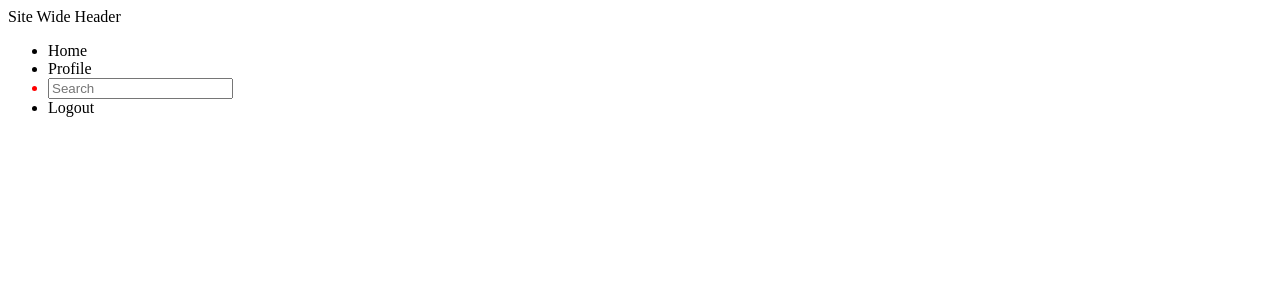
Repository: ayeza-baseer/AssignmentFlexbox
Page: assignment.html
These files come from the project's save history. The page is drawn as it stood at one moment and after the next save; the edit follows.
The browser window is 1280 px wide. The pictures show the whole page.

Above is the page before, as saved 2023-03-17 13:26:36.

### assignment.html
<!DOCTYPE html>
<html lang="en">
<head>

    <link rel="stylesheet" href="assignment.css">


</head>
<body>
<div>
    <header class="header">Site Wide Header</header>
    <nav>
        <ul class="container">
            <li>Home</li>
            <li>Profile</li>
            <li class="search">
                <input type="text" class="search-input" placeholder="Search">
            </li>
            <li>Logout</li>
        </ul>
    </nav>


</div>

</body>
</html>

### assignment.css
.search{
    color:red
}

After the next save:
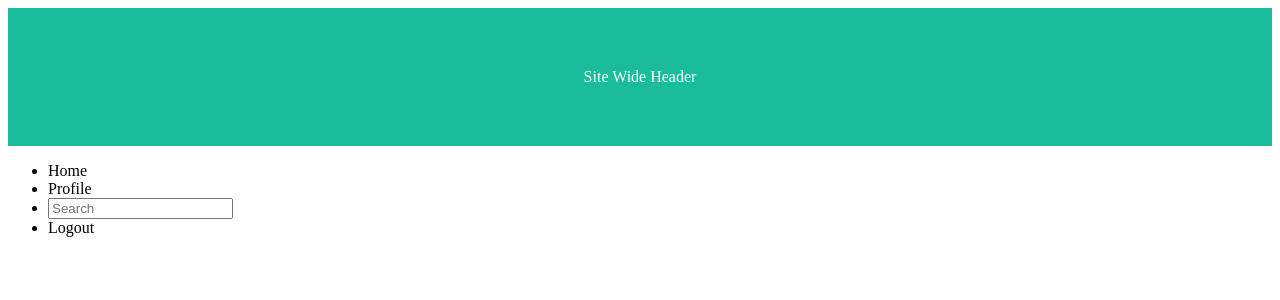
Saved 31 s later.
--- a/assignment.css
+++ b/assignment.css
@@ -1,3 +1,6 @@
-.search{
-    color:red
+.header{
+    padding: 60px;
+    text-align: center;
+    background: #1abc9c;
+    color: white;
 }
